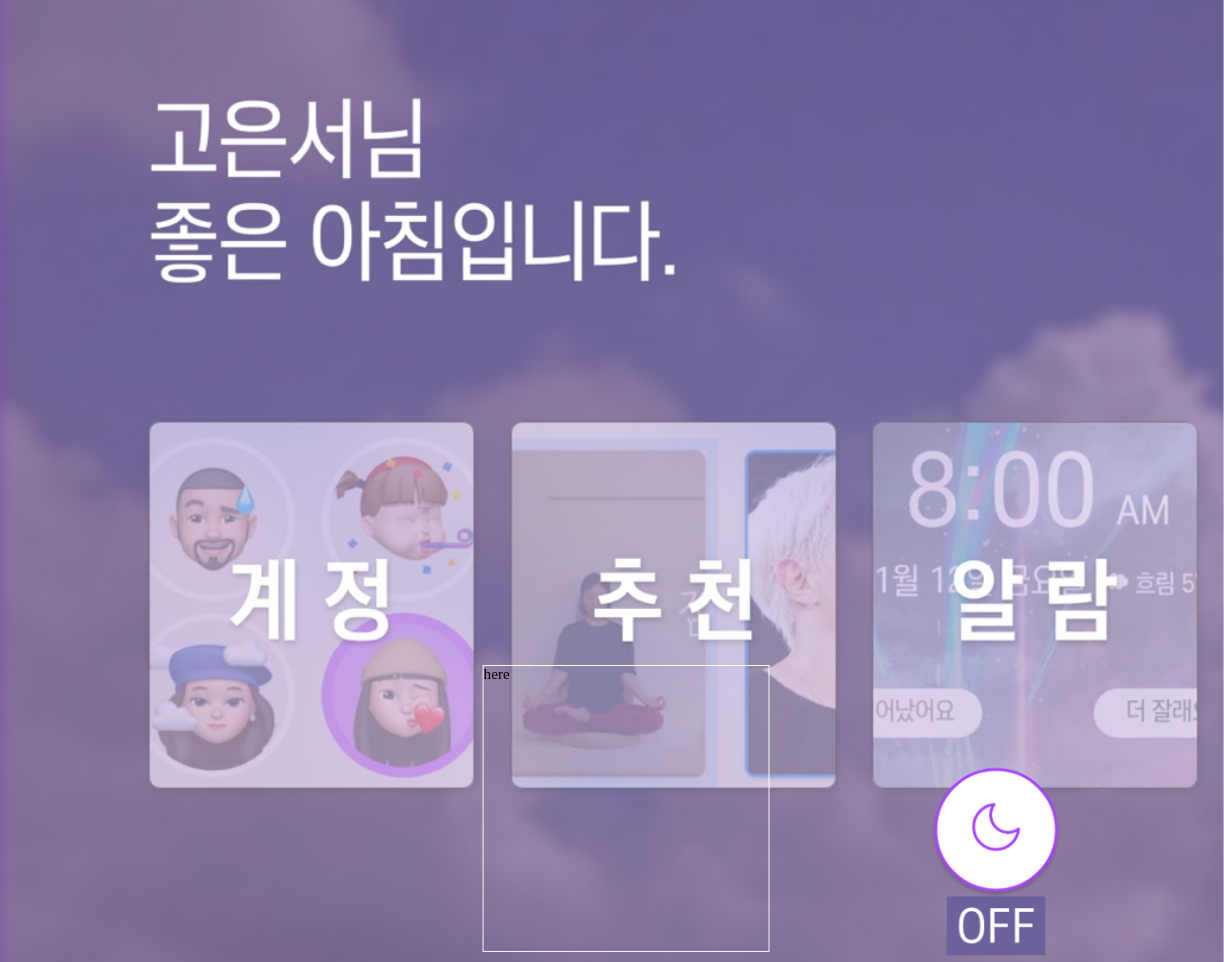
Repository: meanz1/SE_SleepWithMe
Page: SmartTVWorkspace/testapp/button.html
These files come from the project's save history. The page is drawn as it stood at one moment and after the next save; the edit follows.
The browser window is 1280 px wide. The page is 1288 px wide, so the pictures cover 1288 px, including what lies to the right of the window. The pictures show the whole page, at 95% of full size.

Above is the page before, as saved 2021-11-18 07:36:24.

After the next save:
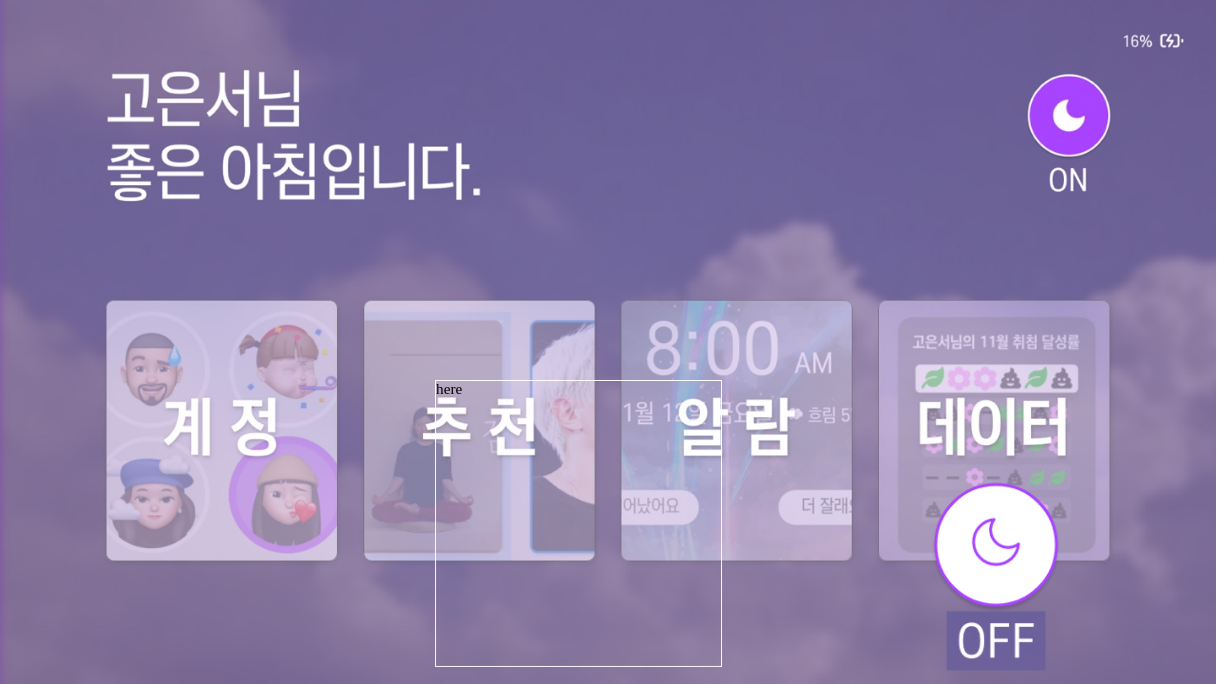
Saved 22 s later.
--- a/SmartTVWorkspace/testapp/button.html
+++ b/SmartTVWorkspace/testapp/button.html
@@ -24,8 +24,8 @@
     	width: 300px;
     	height: 300px;
     	border: 1px solid white;
-    	margin-left: 500px;
-    	margin-top: 700px;
+    	margin-left: 450px;
+    	margin-top: 400px;
     }
 </style>
 <script type="text/javascript">
